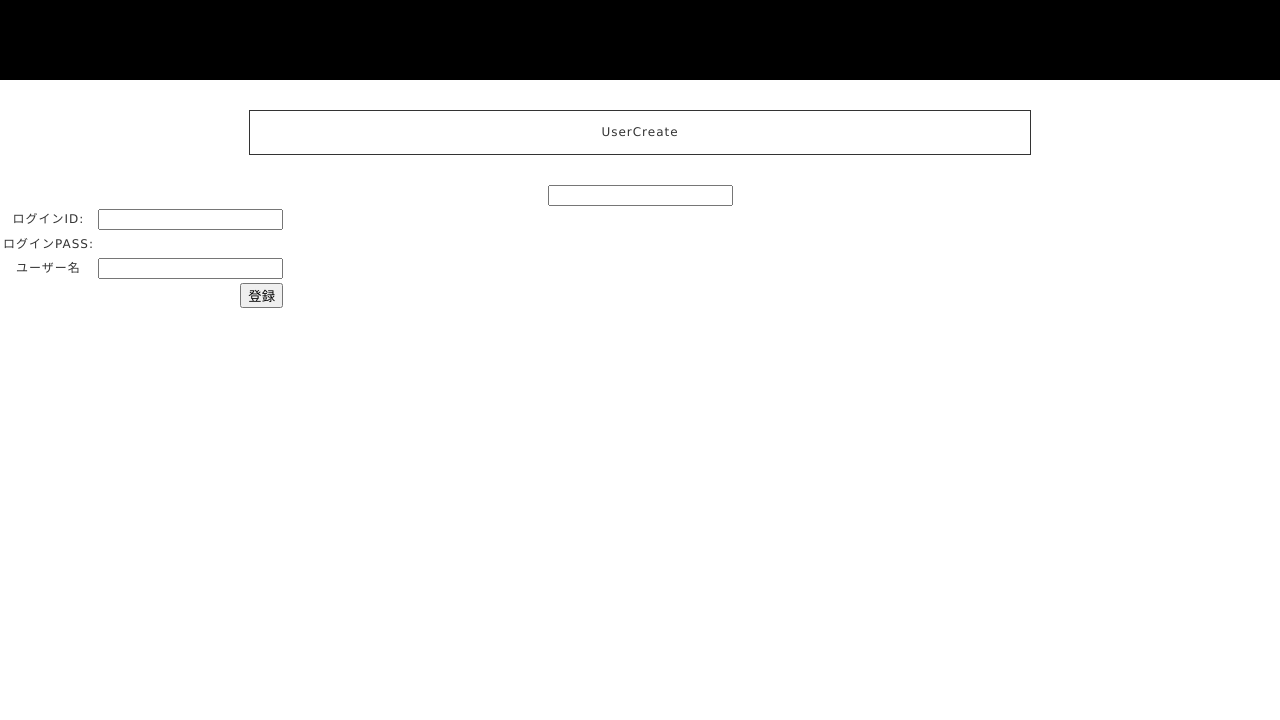
Repository: user-yo-yo/test
Page: http://localhost/template/userCreate.jsp
These files come from the project's save history. The page is drawn as it stood at one moment and after the next save; the edit follows.
The browser window is 1280 px wide. The pictures show the whole page.
The page is served by Tomcat 9. Other server files are loaded and not shown.

Above is the page before, as saved 2019-03-05 01:15:01.

### template/WebContent/userCreate.jsp
<%@ page language="java" contentType="text/html; charset=UTF-8"
    pageEncoding="UTF-8"%>
<%@ taglib prefix="s" uri="/struts-tags"%>
<!DOCTYPE html>
<html>
<head>
<meta http-equiv="Content-Type" content="text/html; charset=UTF-8" />
<meta http-equiv="Content-Style-Type" content="text/css" />
<meta http-equiv="Content-Script-Type" content="text/javascript" />
<meta http-equiv="imagetoolbar" content="no" />
<meta name="description" content="" />
<meta name="keywords" content="" />
<title>UserCreate画面</title>

<style type="text/css">
/* ========TAG LAYOUT======== */
body{
	margin:0;
	padding:0;
	line-height:1.6;
	letter-spacing:1px;
	font-family:Verdana,Helvetica,sans-serif;
	font-size:12px;
	color:#333;
	background:#fff;
}

tabel{
	text-align:center;
	margin:0 auto;
}

/* ========ID LAYOUT======== */
#top{
	width:780px;
	margin:30px auto;
	border:1px solid #333;
}

#header{
	width:100%;
	height:80px;
	background-color:black;
}

#main{
	width:100%;
	height:500px;
	text-align:center;
}

#footer{
	width:100%;
	height:80px;
	background-color:black;
	clear:both;
}

</style>
</head>
<body>
	<div id="header">
		<div id="pr">
		</div>
	</div>
	<div id="main">
		<div id="top">
			<p>UserCreate</p>
		</div>
		<div>
			<s:if test="errorMessage !=">
				<s:property value="errorMessage" escape="false" />
			</s:if>
			<table>
				<s:form action="UserCreateConfirmAction">
					<tr>
						<td>
							<label>ログインID:</label>
						</td>
						<td>
							<input type="text" name="loginUserId" value=""/>
						</td>
					</tr>
					<tr>
						<td>
							<label>ログインPASS:</label>
						</td>
						<tb>
							<input type="text" name="loginPassword" value="" />
						</tb>
					</tr>
					<tr>
						<td>
							<lable>ユーザー名</lable>
						</td>
						<td>
							<input type="text" name="userName" value="" />
						</td>
					</tr>
					<s:submit value="登録" />
				</s:form>
			</table>
		</div>
	</div>
</body>
</html>

After the next save:
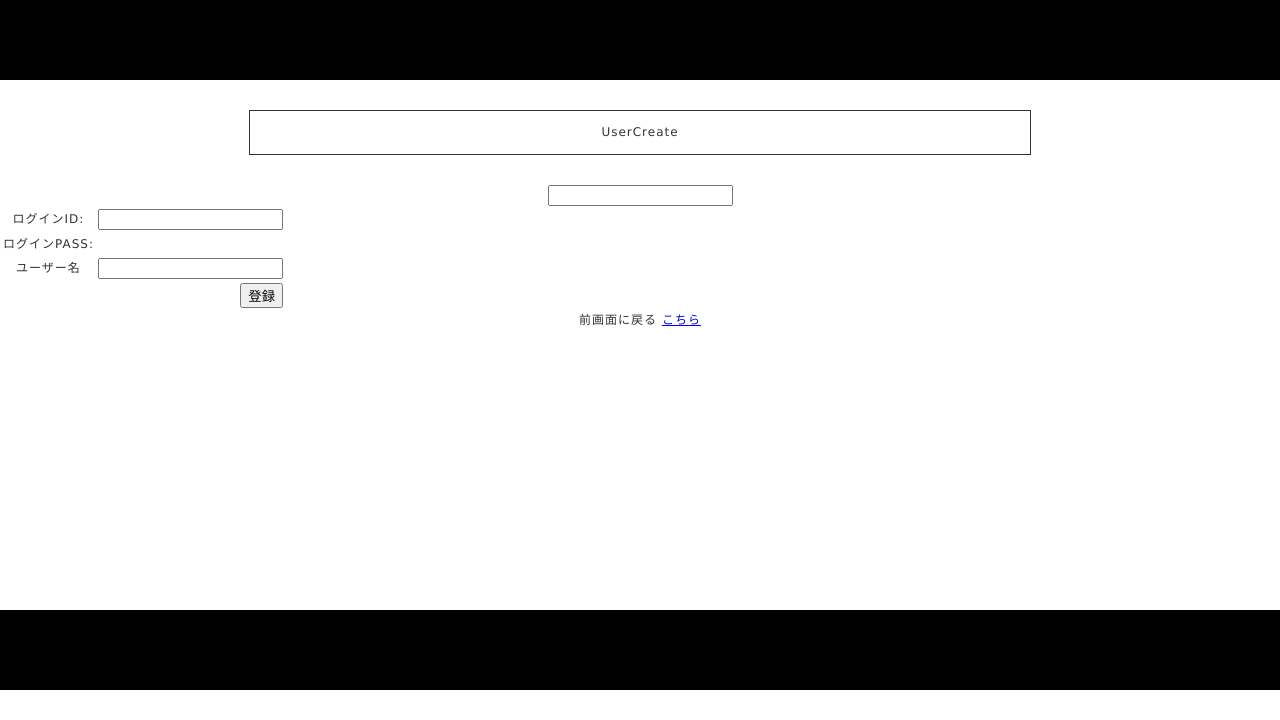
Saved 2 min 34 s later.
--- a/template/WebContent/userCreate.jsp
+++ b/template/WebContent/userCreate.jsp
@@ -100,6 +100,14 @@
 					<s:submit value="登録" />
 				</s:form>
 			</table>
+			<div>
+				<span>前画面に戻る</span>
+				<a href='<s:url action="homeAction"/>'>こちら</a>
+			</div>
+		</div>
+	</div>
+	<div id="footer">
+		<div id="pr">
 		</div>
 	</div>
 </body>
